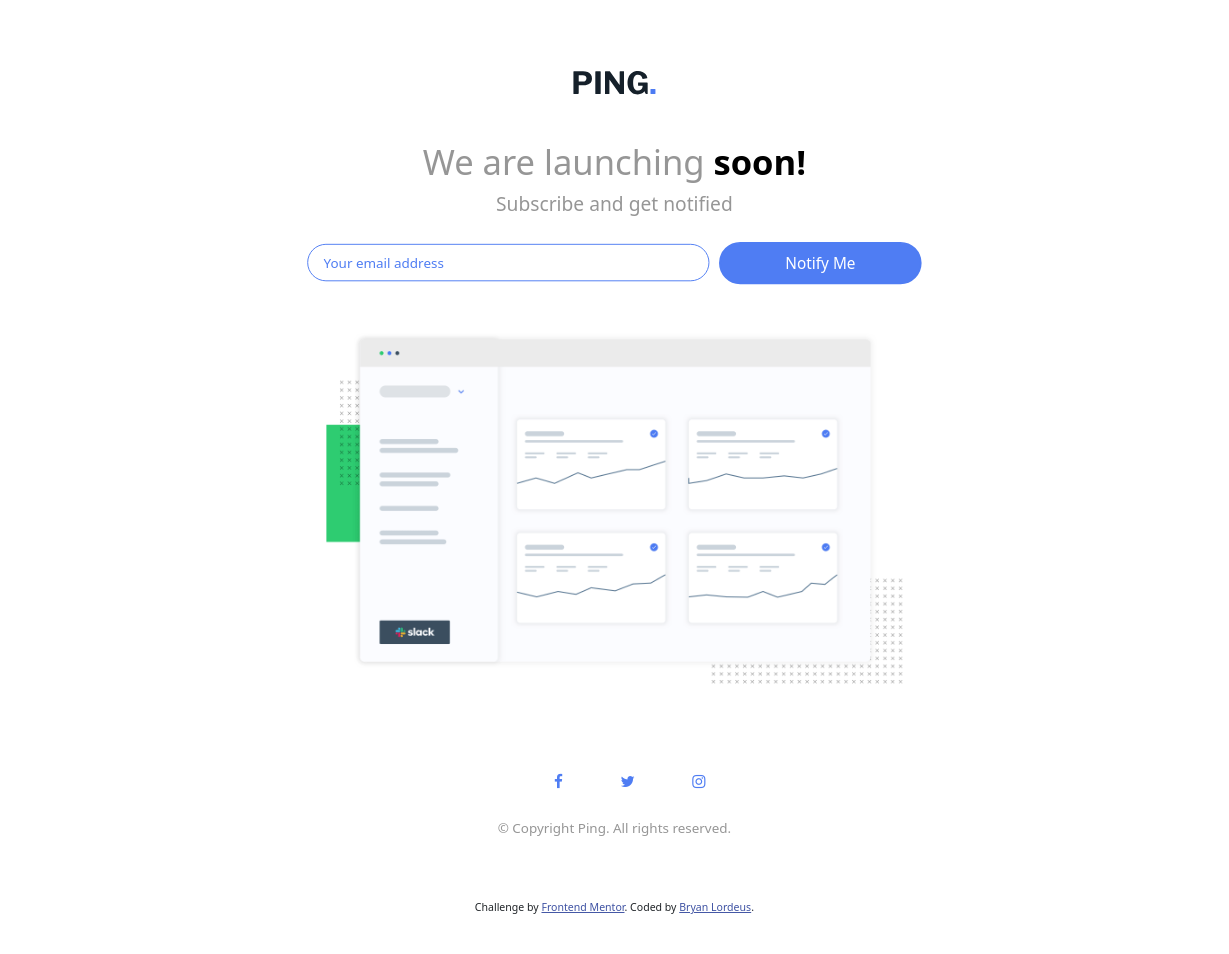
Repository: blordeus/ping-coming-soon-page-master
Page: index.html
These files come from the project's save history. The page is drawn as it stood at one moment and after a run of saves; the edit follows.
The browser window is 1280 px wide. The pictures show the whole page, at 96% of full size.
The style sheet was rebuilt from its Sass, Less or Tailwind sources for each picture, by a compiler version that may differ from the author's.

Above is the page before, as saved 2023-08-31 14:09:22.

After the next 4 saves:
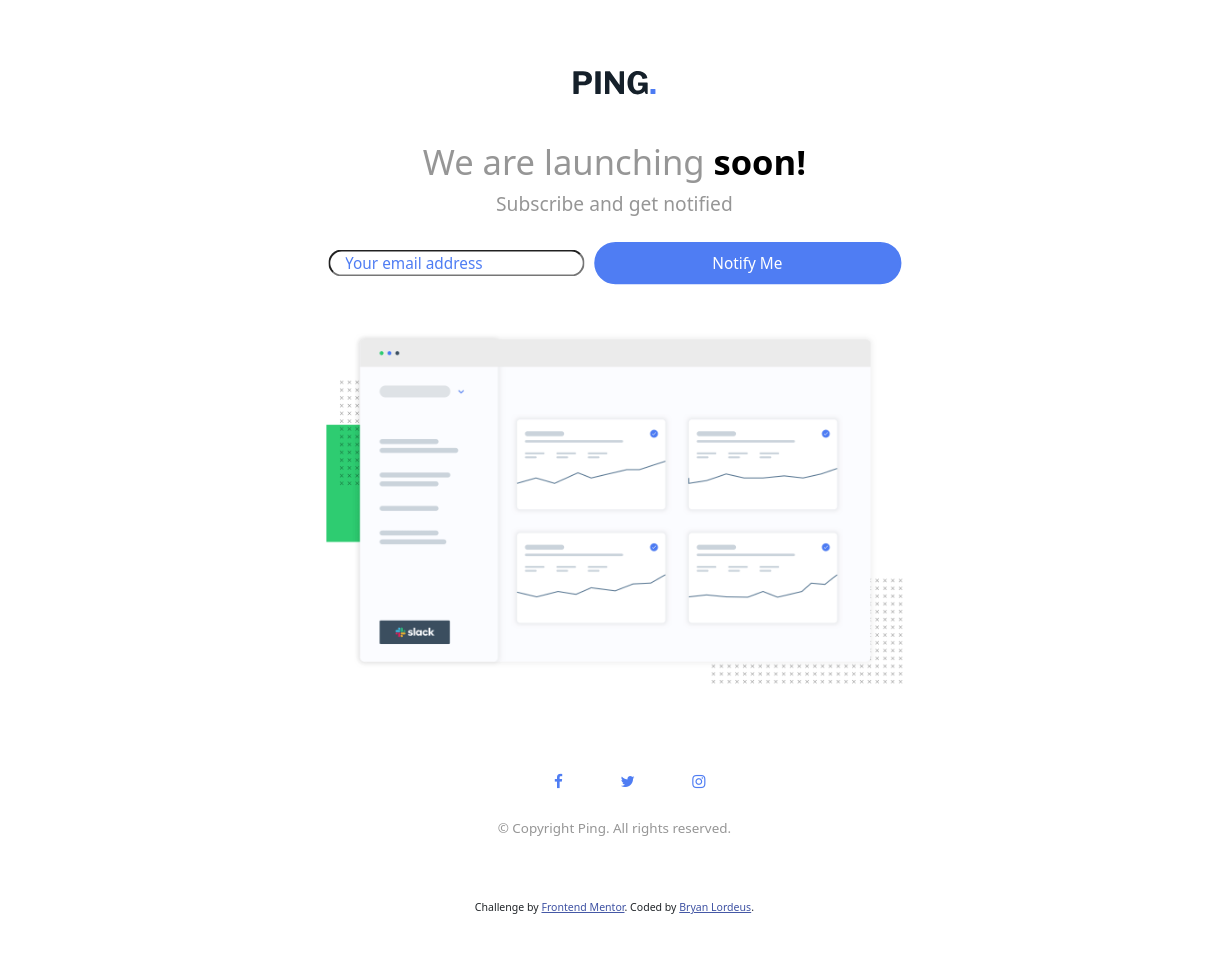
The 4 saves are shown as one change because 1 did not build or start and some came seconds apart.
The last was saved 6 min 25 s later.
--- a/style.scss
+++ b/style.scss
@@ -70,6 +70,8 @@
     font-weight: 500;
     font-style: italic;
 }
+
+.in
 
 form input {
     width: 100%;

After the save that followed:
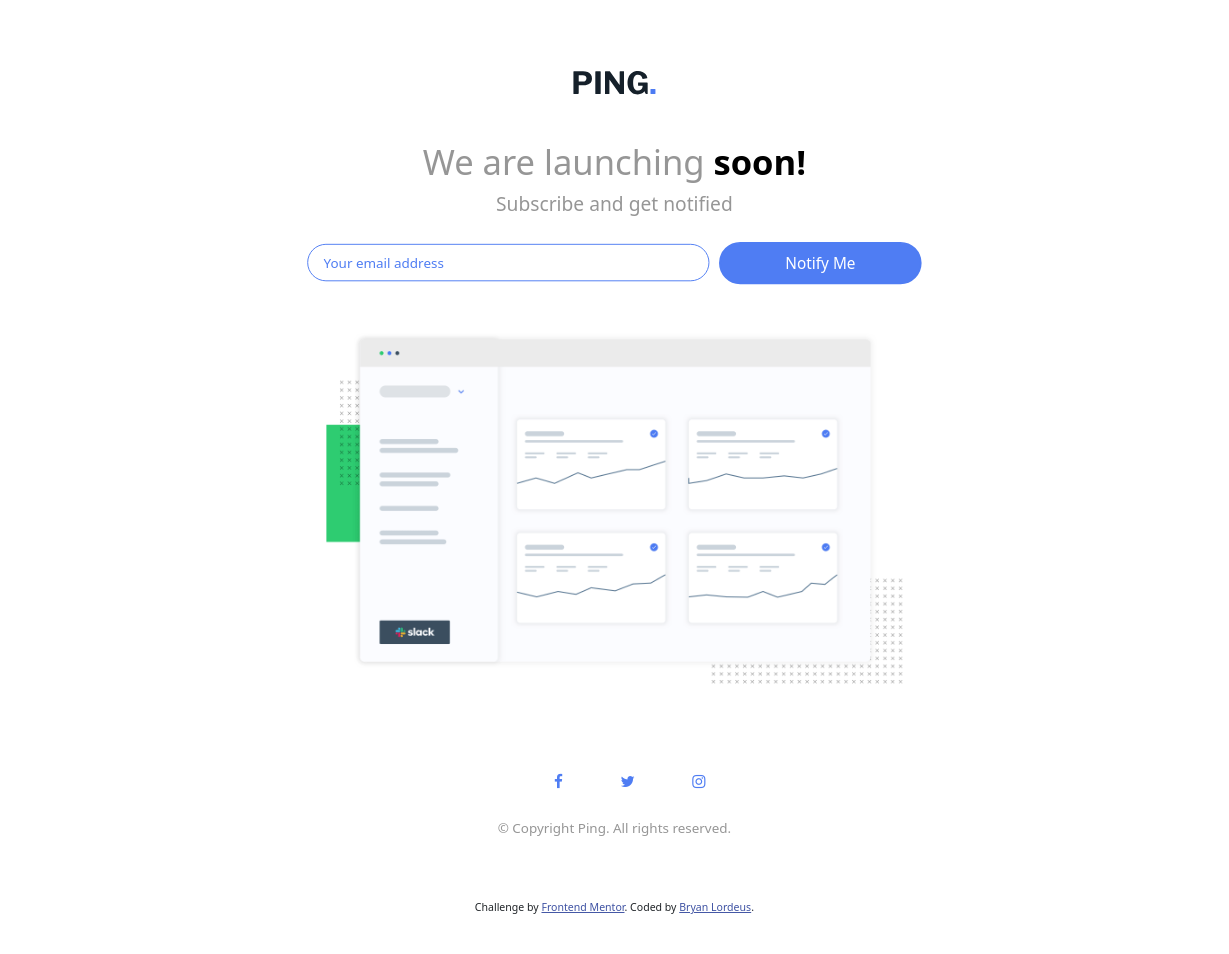
Saved 5 s later.
--- a/style.scss
+++ b/style.scss
@@ -70,8 +70,6 @@
     font-weight: 500;
     font-style: italic;
 }
-
-.in
 
 form input {
     width: 100%;
